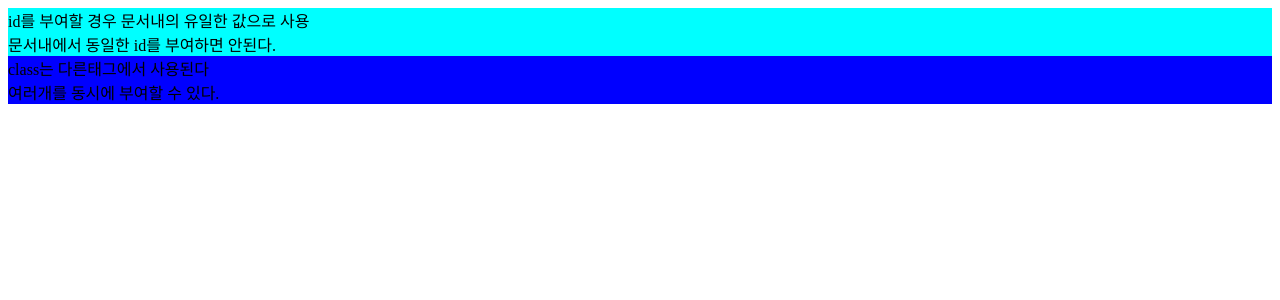
Repository: cleangggg/front
Page: css/ex02.html
The author's editor kept a copy of each file at every save. The page is drawn from the files as they stood at one save, then again after the next save.
The browser window is 1280 px wide. The pictures show the whole page.

Above is the page before, as saved 2023-05-25 00:35:42.

After the next save:
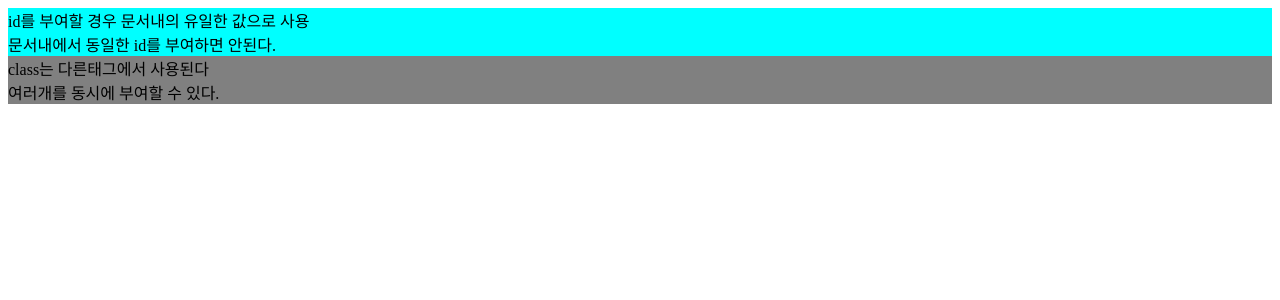
Saved 15 s later.
--- a/css/ex02.html
+++ b/css/ex02.html
@@ -5,7 +5,7 @@
 <title>Insert title here</title>
 <style type="text/css">
 	#id01{ background : aqua;}
-	.class01 { background : blue;}
+	.class01 { background : gray;}
 </style>
 
 </head>
